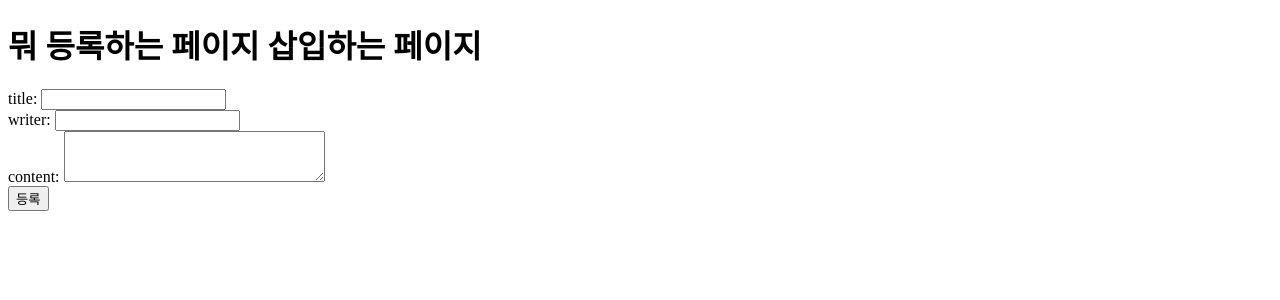
Repository: gatsby5959/_jsp_workspace_brd-mem_copy
Page: http://localhost/jsp_BoardMember/board/register.jsp
The author's editor kept a copy of each file at every save. The page is drawn from the files as they stood at one save, then again after the next save.
The browser window is 1280 px wide. The pictures show the whole page.
The page is served by Tomcat 9.

Above is the page before, as saved 2023-09-06 11:57:13.

After the next save:
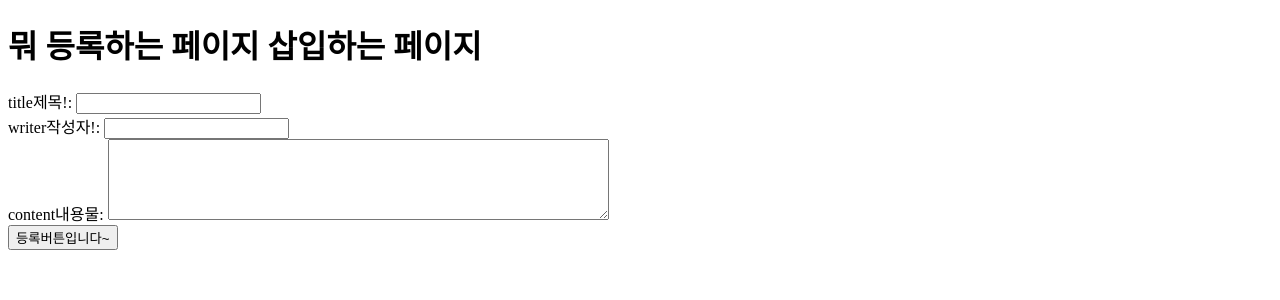
Saved 45 s later.
--- a/jsp_BoardMember/src/main/webapp/board/register.jsp
+++ b/jsp_BoardMember/src/main/webapp/board/register.jsp
@@ -9,10 +9,10 @@
 <body>
 <h1>뭐 등록하는 페이지 삽입하는 페이지</h1>
 <form action="/brd/insert" method="post">
-	title: <input type="text" name="title"><br>
-	writer: <input type="text" name="writer"><br>
-	content: <textarea rows="3" cols="30" name="content"></textarea><br>
-	<button type="submit">등록</button>
+	title제목!: <input type="text" name="title"><br>
+	writer작성자!: <input type="text" name="writer"><br>
+	content내용물: <textarea rows="5" cols="60" name="content"></textarea><br>
+	<button type="submit">등록버튼입니다~</button>
 </form>
 </body>
 </html>
